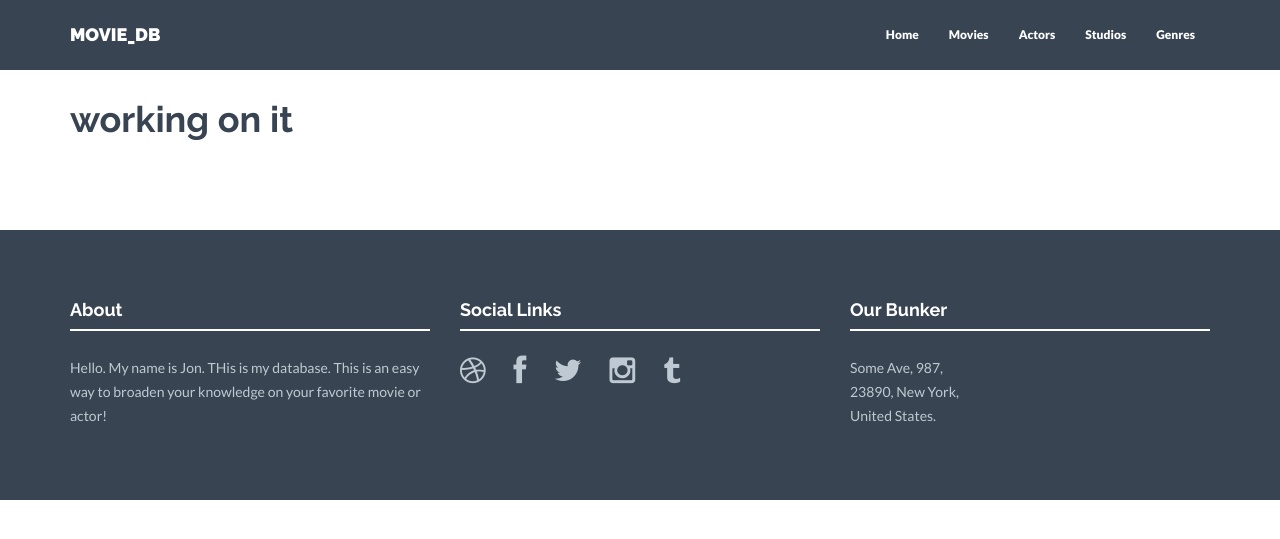
Repository: jonak91/Buzzerd-index
Page: http://localhost/genre.php?gID=1
The author's editor kept a record of every edit. The page is drawn from the files as they stood at one moment, then again after the next edit.
The browser window is 1280 px wide. The pictures show the whole page.
Some web libraries are served in a nearby version. The page is run by PHP 8.4 with error messages shown; the project is at /var/www/html/. The database holds what the project's SQL file puts in it.

Above is the page before.
Not found: assets/js/modernizr.js

### genre.php
<?php require_once( 'incl/functions.php' ); ?>
<?php require_once( 'incl/header.php' ); ?>

 <div class="container mtb">
	 	<div class="row">

	 		<?php
	 		$gID = $_GET['gID'];
	 		$genre = get_genre($gID);
	 		?>

	 		<! -- MAIN CONTENAT AREA -->
	 		<div class="col-lg-8">
	 			<h1>working on it</h1>

			</div><! --/ MAIN CONTENT AREA -->

	 	</div><! --/row -->
	 </div><! --/container -->

<?php require_once( 'incl/footer.php' ); ?>

### incl/functions.php
<?php
require_once('database.php');

$host= '127.0.0.1';
$u= 'jonak91';
$p = '';
$d= 'movies';

global $db;
$db= new Database($d, $u, $p, $host);

function get_movies(){
	$db = $GLOBALS['db'];
	$results = $db->query("SELECT * FROM movies"); //updated
	return $db->resToArray($results);
}

function get_actors(){
	$db= $GLOBALS['db'];
	$results = $db->query("SELECT * FROM actors ORDER BY 'first_name'"); //updated
	return $db->resToArray($results);
}

function get_studios(){
	$db= $GLOBALS['db'];
	$results = $db->query("SELECT * FROM studio"); //updated
	return $db->resToArray($results);
}

function get_genres(){
	$db= $GLOBALS['db'];
	$results = $db->query("SELECT * FROM genre"); //updated
	return $db->resToArray($results);
}

function get_movie($mID){
	$db= $GLOBALS['db'];
	$query= "SELECT * FROM movies WHERE mID = '$mID'"; //updated
	return $db->get_row($query);
}

function get_actor($aID){
	$db= $GLOBALS['db'];
	$query= "SELECT * FROM actors WHERE aID = '$aID'"; //updated
	return $db->get_row($query);
}

function get_studio($sID){
	$db= $GLOBALS['db'];
	$query= "SELECT * FROM studio WHERE sID = '$sID'"; //updated
	return $db->get_row($query);
}

function get_genre($gID){
	$db= $GLOBALS['db'];
	$query= "SELECT * FROM genre WHERE gID = '$gID'"; //updated
	return $db->get_row($query);
}

function get_moviesfromstudio($id){  //works
	$db= $GLOBALS['db'];
	$results= $db->query("SELECT * FROM movies JOIN studio ON movies.studioID = studio.sID WHERE studio.sID = '$id'");
	return $db->resToArray($results);
}






















function add_movie($info){
	$db= $GLOBALS['db'];
	extract($info);
	$submitted= $db->query("INSERT INTO movies VALUES('', '$title', '$year_released', '$synopsis', '$was_novel', '$studioID', CURRENT_TIMESTAMP)");

	if($submitted){
		print "<h3>$title submitted!</h3>";
	}
}

function add_actor($info){
	$db= $GLOBALS['db'];
	extract($info);
	$submitted= $db->query("INSERT INTO movie_actors VALUES('', '$maID', '$movieID', '$actorID', CURRENT_TIMESTAMP)");

	if($submitted){
		print "<h3>$title submitted!</h3>";
	}
}

function add_genre($info){
	$db= $GLOBALS['db'];
	extract($info);
	$timestamp= $db->get_mysql_timestamp();
	$submitted= $db->query("INSERT INTO movie_genre VALUES('', '$mgID', '$movieID', '$genreID', '$timestamp')");

	if($submitted){
		print "<h3>$title submitted!</h3>";
	}
}

function add_studio($info){
	$db= $GLOBALS['db'];
	extract($info);
	$timestamp= $db->get_mysql_timestamp();
	$submitted= $db->query("INSERT INTO studio VALUES('', '$sID', '$name', '$city', '$state', '$zip', '$timestamp')");

	if($submitted){
		print "<h3>$title submitted!</h3>";
	}
}

function print_array( $a ) {
?>
  <pre>
  <?php var_dump( $a ); ?>
  </pre>
<?php
}
?>

### incl/database.php
<?php
class Database{
        var $dbName;
        var $user;
        var $password;
        var $host;
        var $lastID;
        var $dbConn;

        //constructor
        function __construct($db, $u, $p, $h){
                $this->dbName= $db;
                $this->user= $u;
                $this->password= $p;
                $this->host= $h;

                //metadata to get entire table list?
        }

        //any query
        function query($query){
                        $this->dbConn= new mysqli($this->host, $this->user, $this->password, $this->dbName);
                        if($this->dbConn->connect_errno > 0){
                                die('Unable to connect to database [' . $dbh->connect_error . ']');
                        }

                        $result= $this->dbConn->query($query) or die('There was an error running the query [' . $this->dbConn->error . ']');
                        $this->lastID= $this->dbConn->insert_id;
                        $this->dbConn->close();

                        return $result;
        }

        function resToArray($res){
                $data= array();
                while($info= mysqli_fetch_assoc($res)){
                        $data[]= $info;
                }

                return $data;
        }

        function get_column($query){

                $res= $this->query($query);

                $data= array();

                while($info= mysqli_fetch_assoc($res)){
                        $key= array_keys($info);
                        $key= $key[0];
                        $data[]= $info[$key];
                }

                return $data;
        }

        function get_row($query){
                $res= $this->query($query);
                $res= $this->resToArray($res);

            return ($res == false) ? $res : $res[0];
        }

        function get_var($query){
                $res= $this->query($query);

                $info= mysqli_fetch_array($res);

                return $info[0];
        }


        function get_mysql_timestamp(){
                return date('Y-m-d H:i:s', time());
        }

        function print_array( $a ) {
        ?>
          <pre>
          <?php var_dump( $a ); ?>
          </pre>
        <?php
        }


        function clean_array($info){
                foreach($info as $key => $val){
                        $info["$key"]= $this->clean($val);
                }

                return $info;
        }


        function clean($a){
                $this->dbConn= new mysqli($this->host, $this->user, $this->password, $this->dbName);
                $a= $this->dbConn->real_escape_string($a);
                $this->dbConn->close();

                return $a;
        }

}


?>

### incl/header.php
<!DOCTYPE html>
<html lang="en">
  <head>
    <meta charset="utf-8">
    <meta http-equiv="X-UA-Compatible" content="IE=edge">
    <meta name="viewport" content="width=device-width, initial-scale=1">
    <meta name="description" content="">
    <meta name="author" content="">
    <link rel="shortcut icon" href="assets/ico/favicon.ico">

    <title>SOLID - Bootstrap 3 Theme</title>

    <!-- Bootstrap core CSS -->
    <link href="assets/css/bootstrap.css" rel="stylesheet">

    <!-- Custom styles for this template -->
    <link href="assets/css/style.css" rel="stylesheet">
    <link href="assets/css/font-awesome.min.css" rel="stylesheet">


    <!-- Just for debugging purposes. Don't actually copy this line! -->
    <!--[if lt IE 9]><script src="../../assets/js/ie8-responsive-file-warning.js"></script><![endif]-->

    <!-- HTML5 shim and Respond.js IE8 support of HTML5 elements and media queries -->
    <!--[if lt IE 9]>
      <script src="https://oss.maxcdn.com/libs/html5shiv/3.7.0/html5shiv.js"></script>
      <script src="https://oss.maxcdn.com/libs/respond.js/1.4.2/respond.min.js"></script>
    <![endif]-->

    <script src="assets/js/modernizr.js"></script>
  </head>

  <body>

    <!-- Fixed navbar -->
    <div class="navbar navbar-default navbar-fixed-top" role="navigation">
      <div class="container">
        <div class="navbar-header">
          <button type="button" class="navbar-toggle" data-toggle="collapse" data-target=".navbar-collapse">
            <span class="sr-only">Toggle navigation</span>
            <span class="icon-bar"></span>
            <span class="icon-bar"></span>
            <span class="icon-bar"></span>
          </button>
          <a class="navbar-brand" href="index.php">MOVIE_DB</a>
        </div>
        <div class="navbar-collapse collapse navbar-right">
          <ul class="nav navbar-nav">
            <li><a href="index.php">Home</a></li>
            <li><a href="movies.php">Movies</a></li>
            <li><a href="actors.php">Actors</a></li>
            <li><a href="studios.php">Studios</a></li>
            <li><a href="genres.php">Genres</a></li>
          </ul>
        </div><!--/.nav-collapse -->
      </div>
    </div>

### incl/footer.php


	<!-- *****************************************************************************************************************
	 FOOTER
	 ***************************************************************************************************************** -->
	 <div id="footerwrap">
	 	<div class="container">
		 	<div class="row">
		 		<div class="col-lg-4">
		 			<h4>About</h4>
		 			<div class="hline-w"></div>
		 			<p>Hello. My name is Jon. THis is my database. This is an easy way to broaden your knowledge on your favorite movie or actor!</p>
		 		</div>
		 		<div class="col-lg-4">
		 			<h4>Social Links</h4>
		 			<div class="hline-w"></div>
		 			<p>
		 				<a href="#"><i class="fa fa-dribbble"></i></a>
		 				<a href="#"><i class="fa fa-facebook"></i></a>
		 				<a href="#"><i class="fa fa-twitter"></i></a>
		 				<a href="#"><i class="fa fa-instagram"></i></a>
		 				<a href="#"><i class="fa fa-tumblr"></i></a>
		 			</p>
		 		</div>
		 		<div class="col-lg-4">
		 			<h4>Our Bunker</h4>
		 			<div class="hline-w"></div>
		 			<p>
		 				Some Ave, 987,<br/>
		 				23890, New York,<br/>
		 				United States.<br/>
		 			</p>
		 		</div>

		 	</div><! --/row -->
	 	</div><! --/container -->
	 </div><! --/footerwrap -->

    <!-- Bootstrap core JavaScript
    ================================================== -->
    <!-- Placed at the end of the document so the pages load faster -->
    <script src="https://ajax.googleapis.com/ajax/libs/jquery/1.11.0/jquery.min.js"></script>
    <script src="assets/js/bootstrap.min.js"></script>
	<script src="assets/js/retina-1.1.0.js"></script>
	<script src="assets/js/jquery.hoverdir.js"></script>
	<script src="assets/js/jquery.hoverex.min.js"></script>
	<script src="assets/js/jquery.prettyPhoto.js"></script>
  	<script src="assets/js/jquery.isotope.min.js"></script>
  	<script src="assets/js/custom.js"></script>


  </body>
</html>

### assets/css/style.css
/*	################################################################

	Author: Carlos Alvarez
	URL: http://alvarez.is

	Project Name: SOLID - Bootstrap 3 Theme
	Version: 1.0
	URL: http://alvarez.is

################################################################# */
@import url(http://fonts.googleapis.com/css?family=Raleway:400,700,900);
@import url(http://fonts.googleapis.com/css?family=Lato:400,900);
@import url("prettyPhoto.css") screen;
@import url("hoverex-all.css") screen;

/*	################################################################
	1. GENERAL STRUCTURES
################################################################# */
	* {
		margin: 0;
		padding: 0px;
	}

body {
	background: #ffffff;
	margin: 0;
	height: 100%;
	color: #384452;
	font-family: 'Lato', sans-serif;
	font-weight: 400;
	}

h1, h2, h3, h4, h5, h6 {
	font-family: 'Raleway', sans-serif;
	font-weight: 700;
}

p {
	padding: 0;
	margin-bottom: 12px;
	font-family: 'Lato', sans-serif;
	font-weight: 400;
	font-size: 14px;
	line-height: 24px;
	color: #384452;
	margin-top: 10px;
}

img {
	height: auto;
	max-width: 100%;
}

a {
	padding: 0;
	margin: 0;
	text-decoration: none;
	-webkit-transition: background-color .4s linear, color .4s linear;
	-moz-transition: background-color .4s linear, color .4s linear;
	-o-transition: background-color .4s linear, color .4s linear;
	-ms-transition: background-color .4s linear, color .4s linear;
	transition: background-color .4s linear, color .4s linear;
}
a:hover,
a:focus {
  text-decoration: none;
  color:#01b2fe;
}

::-moz-selection  {
	color: #fff;
	text-shadow:none;
	background:#2B2E31;
}
::selection {
	color: #fff;
	text-shadow:none;
	background:#2B2E31;
}

.centered {
	text-align: center
}

/*	################################################################
	BOOTSTRAP MODIFICATIONS & TWEAKS
################################################################# */
.navbar {
	min-height: 70px;
	padding-top: 10px;
	margin-bottom: 0px;
}

.navbar-brand {
	font-family: 'Raleway', sans-serif;
	font-weight: 900;
}

.navbar-header .navbar-brand {
	color: white;
}

.navbar-default .navbar-nav > li > a {
	color: white;
	font-weight: 700;
	font-size: 12px;
}

.navbar-default .navbar-nav > li > a:hover {
	color: #00b3fe;
}

.navbar-default .navbar-nav > .active > a, .navbar-default .navbar-nav > .active > a:hover, .navbar-default .navbar-nav > .active > a:focus {
	color: #00b3fe;
	background-color: transparent;
}

.navbar-default {
	background-color: #384452;
	border-color: transparent;
}

.dropdown-menu {
	background: #384452;
}

.dropdown-menu > li > a {
	color: white;
	font-weight: 700;
	font-size: 12px;
}

.btn-theme {
  color: #fff;
  background-color: #384452;
  border-color: #384452;
  margin: 4px;
}
.btn-theme:hover,
.btn-theme:focus,
.btn-theme:active,
.btn-theme.active,
.open .dropdown-toggle.btn-theme {
  color: #fff;
  background-color: #00b3fe;
  border-color: #00b3fe;
}

.dmbutton:hover,
.dmbutton:active,
.dmbutton:focus{
	color: #ffffff;
	background-color: #222222;
	border-color: #ffffff;
}
.dmbutton {
	background:rgba(0, 0, 0, 0);
	border: 1px solid #ffffff;
	color: #ffffff;
	-webkit-border-radius: 2px;
	border-radius: 2px;
	padding-top: 1.025rem;
	padding-right: 2.25rem;
	letter-spacing:0.85px;
	padding-bottom: 1.0875rem;
	padding-left: 2.25rem;
	font-size: 1.55rem;
	cursor: pointer;
	font-weight: normal;
	line-height: normal;
	margin: 0 0 1.25rem;
	text-decoration: none;
	text-align: center;
	display: inline-block;
	-webkit-transition: background-color 300ms ease-out;
	-moz-transition: background-color 300ms ease-out;
	transition: background-color 300ms ease-out;
	-webkit-appearance: none;
	font-weight: normal !important;
}

.mtb {
	margin-top: 80px;
	margin-bottom: 80px;
}

.mb {
	margin-bottom: 60px;
}

.mt {
	margin-top: 60px;
}

.hline {
	border-bottom: 2px solid #384452;
}

.hline-w {
	border-bottom: 2px solid #ffffff;
	margin-bottom: 25px;
}
/*	################################################################
	SITE WRAPS
################################################################# */

#headerwrap {
	background-color: #00b3fe;
	min-height: 550px;
	padding-top: 100px;
	padding-bottom: 0px;
	text-align: center;
}

#headerwrap h3, h5 {
	color: white;
	font-weight: 400;
}

#headerwrap h1 {
	color: white;
	margin-bottom: 25px;
}

#headerwrap .img-responsive {
	margin: 0 auto;
}

/* Services Wrap */
#service {
	margin-top: 100px;
	margin-bottom: 80px;
}

#service i {
	color: #00b3fe;
	font-size: 60px;
	padding: 15px;
}

/* Portfolio Wrap */
#portfoliowrap {
	padding-top: 60px;
	margin-bottom: 60px;
	display: block;
	text-align: center
}

#portfoliowrap h3 {
	margin-bottom: 25px;
}

.portfolio {
	padding:0 !important;
	margin:0 !important;
	display:block;
}


.portfolio-item .title:before {border-radius:0; display:none}
.portfolio-item p {margin:0px 0 30px;}
.portfolio-item h3 {margin:-10px 0 10px; font-size:16px; text-transform:uppercase;}


.tpl6 h3
{
	color:#fff;
	margin:0;
	padding:40px 5px 0;
	font-size:16px;
	text-transform:uppercase;
}
.tpl6 .dmbutton
{
	display:inline-block;
	margin:30px 5px 20px 5px;
	font-size:13px;
}

.tpl6 .bg
{
	height:100%;
	width:100%;
	background-color:#00b3fe;
	background-color:rgba(0,179,254,.9);
	text-align:center;
}

/* Testimonials Wrap */
#twrap {
	background: url(../img/t-back.jpg) no-repeat center top;
	margin-top: 0px;
	padding-top:60px;
	text-align:center;
	background-attachment: relative;
	background-position: center center;
	min-height: 450px;
	width: 100%;

    -webkit-background-size: 100%;
    -moz-background-size: 100%;
    -o-background-size: 100%;
    background-size: 100%;

    -webkit-background-size: cover;
    -moz-background-size: cover;
    -o-background-size: cover;
    background-size: cover;
}

#twrap i {
	font-size: 50px;
	color: white;
	margin-bottom: 25px;
}

#twrap p {
	color: white;
	font-size: 15px;
	line-height: 30px;
}

/* clients logo */
#cwrap {
	background: #f7f7f7;
	margin-top: 0px;
	padding-top: 80px;
	padding-bottom: 100px;
}

#cwrap h3 {
	margin-bottom: 60px;
}

/* Footer */
#footerwrap {
	padding-top: 60px;
	padding-bottom: 60px;
	background: #384452;
}

#footerwrap p {
	color: #bfc9d3;
}

#footerwrap h4 {
	color: white;
}

#footerwrap i {
	font-size: 30px;
	color: #bfc9d3;
	padding-right: 25px;
}

#footerwrap i:hover {
	color: #00b3fe
}

/*	################################################################
	PAGE CONFIGURATIONS
################################################################# */
/* General Tweaks */

#blue {
	background: #00b3fe;
	margin-top: 60px;
	margin-bottom: 60px;
	padding-top: 25px;
	padding-bottom: 25px;
}

#blue h3 {
	color: white;
	margin-left: 15px;
}

.ctitle {
	color: #00b3fe;
	font-weight: 700;
	margin-bottom: 15px;
}

csmall {
	font-size: 12px;
	color: #b3b3b3;
}
csmall2 {
	font-size: 12px;
	color: #f39c12
}

.spacing {
	margin-top: 40px;
	margin-bottom: 40px;
}

.badge-theme {
	background: #00b3fe;
}

/* Contact Page */
#contactwrap {
	background: url(../img/contact.jpg) no-repeat center top;
	margin-top: -60px;
	padding-top:0px;
	text-align:center;
	background-attachment: relative;
	background-position: center center;
	min-height: 400px;
	width: 100%;

    -webkit-background-size: 100%;
    -moz-background-size: 100%;
    -o-background-size: 100%;
    background-size: 100%;

    -webkit-background-size: cover;
    -moz-background-size: cover;
    -o-background-size: cover;
    background-size: cover;
}

/* Blog Page */
.popular-posts {
	margin: 0px;
	padding-left: 0px;
	}

.popular-posts li {
	list-style: none;
	margin-bottom: 20px;
	min-height: 70px;
}
.popular-posts li a,
.popular-posts li a:hover {
	color:#2f2f2f;
	text-decoration: none;
	}

.popular-posts li img {
	float: left;
	margin-right: 20px;
	}

.popular-posts li em {
	font-family: 'Lato', sans-serif;
	font-size: 12px;
	color: #b3b3b3
	}

.popular-posts p {
	line-height: normal;
	margin-bottom: auto;
}

.share i {
	padding-right: 15px;
	font-size: 18px;
}

### job.sql (the tables this page reads)
CREATE TABLE IF NOT EXISTS `genre` (
`gID` smallint(6) NOT NULL,
  `name` varchar(50) NOT NULL,
  `timestamp` timestamp NOT NULL DEFAULT CURRENT_TIMESTAMP ON UPDATE CURRENT_TIMESTAMP
) ENGINE=InnoDB AUTO_INCREMENT=7 DEFAULT CHARSET=latin1;

INSERT INTO `genre` (`gID`, `name`, `timestamp`) VALUES
(1, 'Sci-Fi', '2014-11-21 13:16:26'),
(2, 'Fantasy', '2014-11-21 13:16:26'),
(3, 'Political Satire', '2014-11-21 13:16:38'),
(4, 'Comedy', '2014-11-21 13:16:38'),
(5, 'Crime', '2014-11-21 13:26:18'),
(6, 'Thriller', '2014-11-21 13:26:18');

ALTER TABLE `genre`
 ADD PRIMARY KEY (`gID`);

ALTER TABLE `genre`
MODIFY `gID` smallint(6) NOT NULL AUTO_INCREMENT,AUTO_INCREMENT=7;

Loaded but not shown: assets/css/bootstrap.css (library); assets/css/font-awesome.min.css (library); assets/js/bootstrap.min.js (library); assets/js/jquery.hoverdir.js (library); assets/js/jquery.hoverex.min.js (library); assets/js/jquery.prettyPhoto.js (library); assets/js/jquery.isotope.min.js (library); assets/js/custom.js (common file); assets/js/retina-1.1.0.js (151 lines, source omitted); assets/css/hoverex-all.css (2838 lines, source omitted); assets/css/prettyPhoto.css (170 lines, source omitted)

After the next edit:
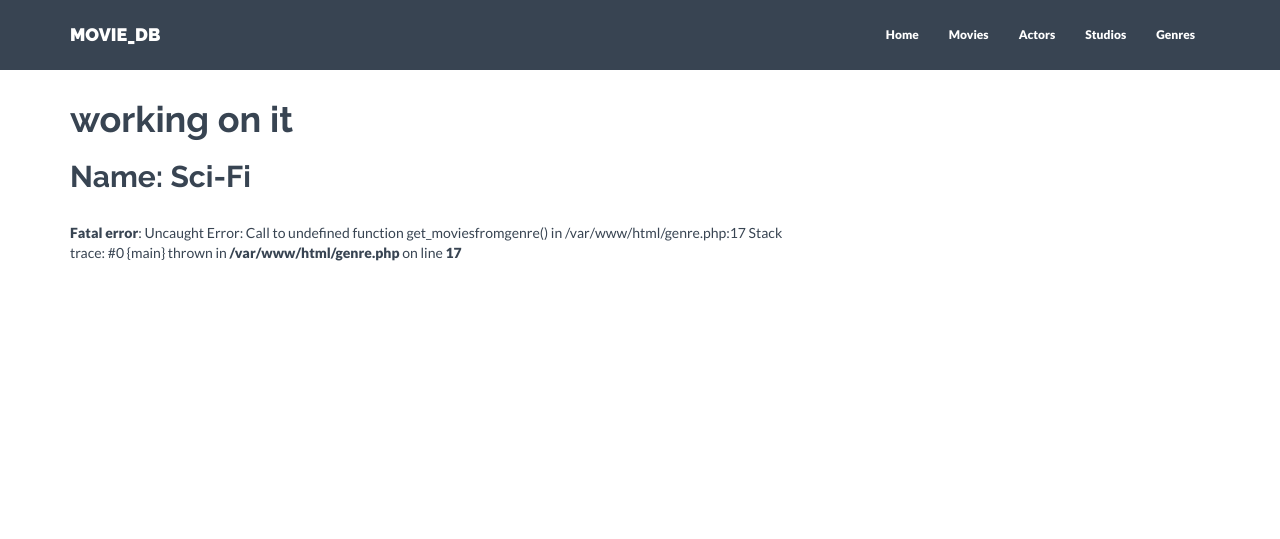
The edit:
--- a/genre.php
+++ b/genre.php
@@ -13,6 +13,11 @@
 	 		<div class="col-lg-8">
 	 			<h1>working on it</h1>
 
+	 			<h2>Name: <?php echo $genre['name']; ?></h2>
+		 		<?php $moviesfromgenre = get_moviesfromgenre($gID);
+		 		foreach ($moviesfromgenre as $moviefromgenre) {?>
+		 		<h2>Starring: (actors)<a href="movie.php?mID=<?php echo $moviefromgenre['mID']; ?>"><?php echo $moviefromgenre['title']; ?></h2>
+		 		<?php } ?>
 			</div><! --/ MAIN CONTENT AREA -->
 
 	 	</div><! --/row -->
